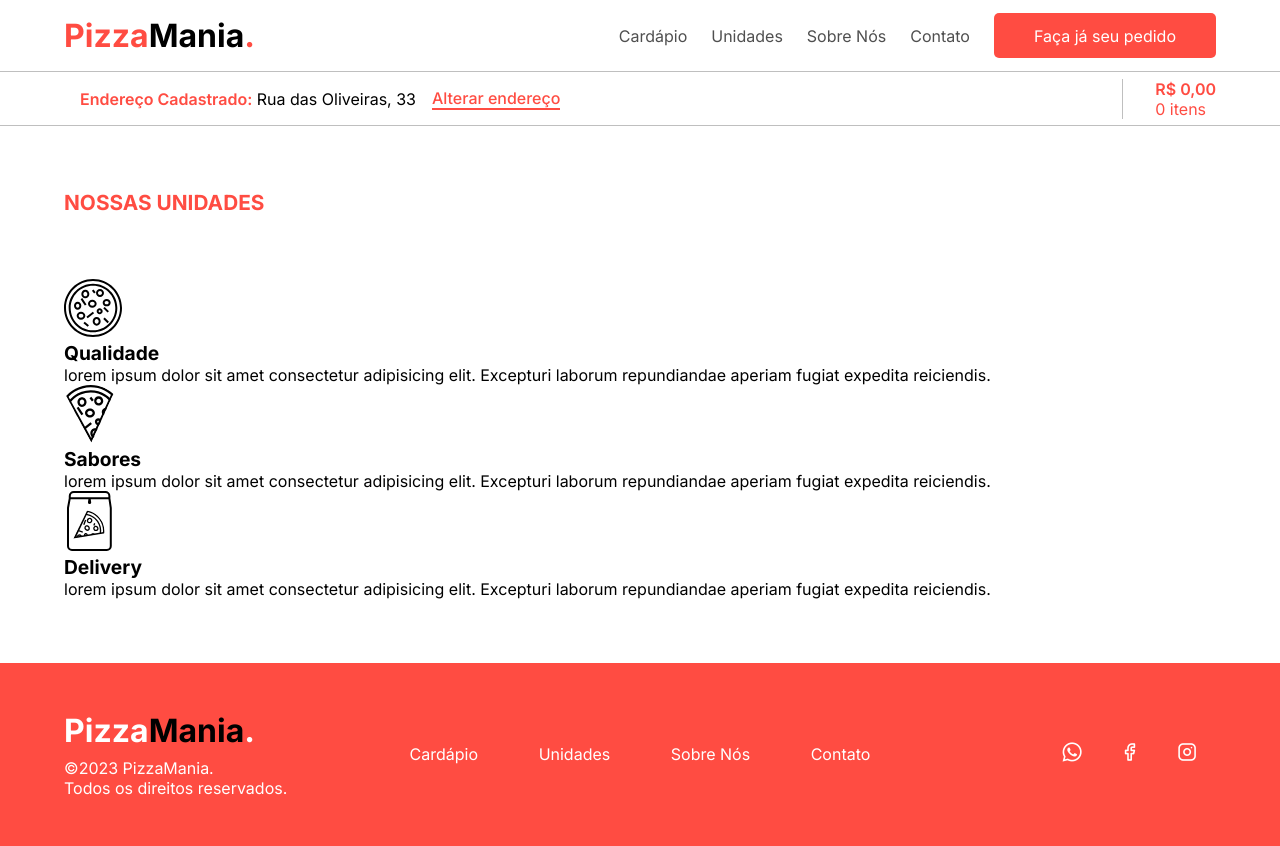
Repository: lucas-albuq/PizzaMania
Page: assets/pages/unidades.html
The author's editor kept a copy of each file at every save. The page is drawn from the files as they stood at one save, then again after a run of saves.
The browser window is 1280 px wide. The pictures show the whole page.
Some icons come from a web library that is not loaded, so they are not drawn. Some web libraries are served in a nearby version.

Above is the page before, as saved 2024-01-04 22:22:43.

After the next 3 saves:
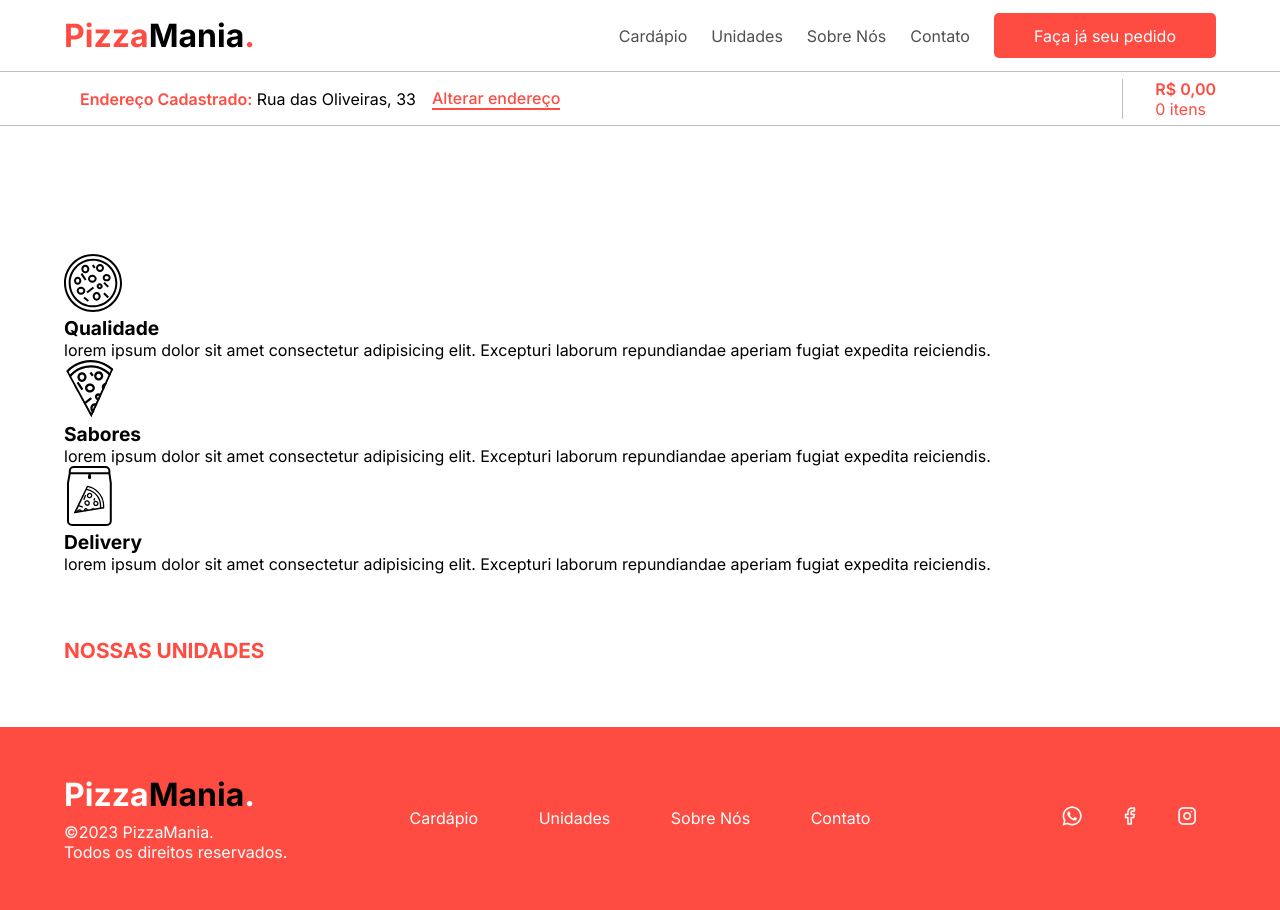
The 3 saves are shown as one change because they came seconds apart.
The last was saved 8 s later.
--- a/assets/pages/unidades.html
+++ b/assets/pages/unidades.html
@@ -11,8 +11,9 @@
 <body>
     <div id="header"></div>
     <main>
+        <div class="unidades">
 
-        <h2>Nossas Unidades</h2>
+        </div>
         <div>
             <div>
                 <img src="./assets/images/icon-pizza.svg" alt="">
@@ -30,6 +31,7 @@
                 <p>lorem ipsum dolor sit amet consectetur adipisicing elit. Excepturi laborum repundiandae aperiam fugiat expedita reiciendis.</p>
             </div>
         </div>
+        <h2>Nossas Unidades</h2>
     </main>
     <div id="footer"></div>
     <script src="https://ajax.googleapis.com/ajax/libs/jquery/3.1.0/jquery.min.js"></script>
